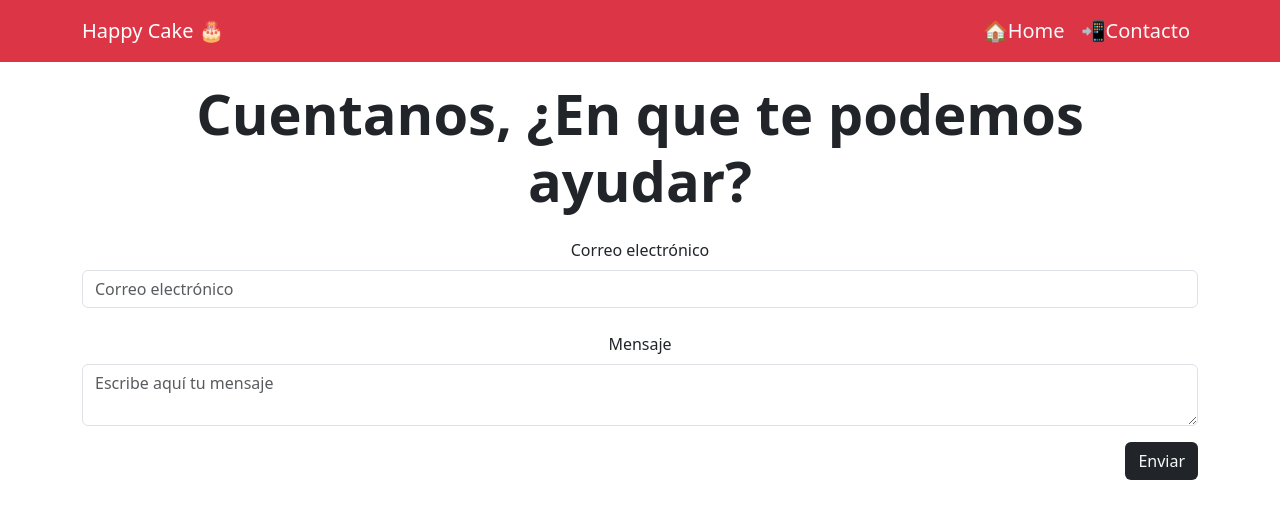
Repository: cvalenciapatagonia/Desafio-1-React-II
Page: /contacto
An editor plug-in stored every save of this project. The page is shown before and after the next save, followed by the edit.
The browser window is 1280 px wide. The pictures show the whole page.
The project was rebuilt for these pictures with package versions that can differ from the ones it lists, and the page was loaded fresh each time. Also part of the build but not shown: vite.config.js, src/views/Home.jsx.

Above is the page before, as saved 2023-09-22 13:30:55.

After the next save:
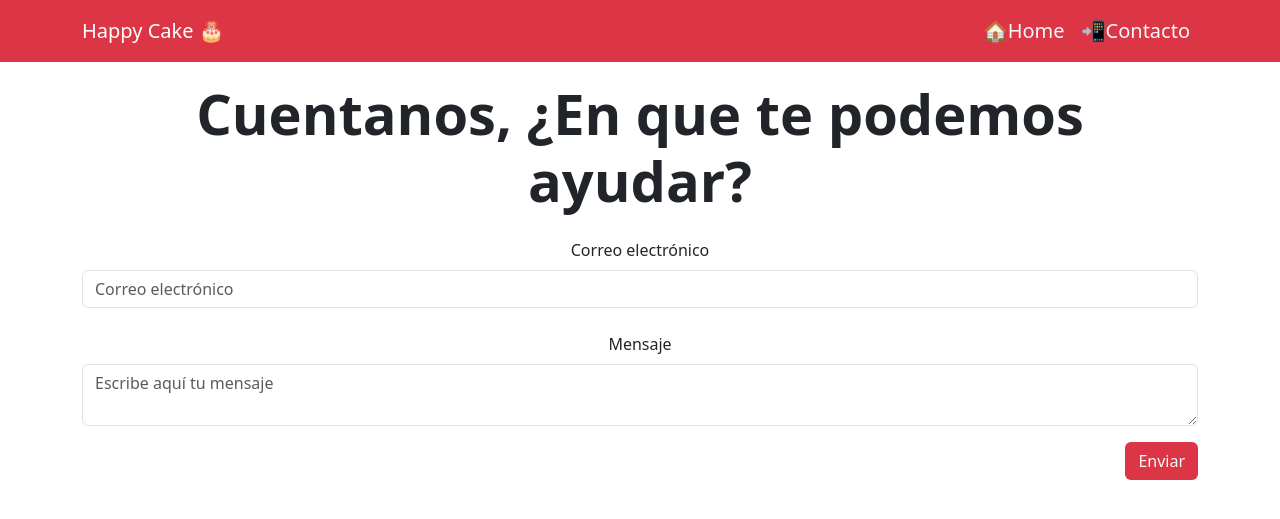
Saved 23 s later.
--- a/src/views/Contacto.jsx
+++ b/src/views/Contacto.jsx
@@ -26,7 +26,7 @@
               </div>
 
               <div className="my-3 text-end">
-                <button className="btn bg-dark text-light">Enviar</button>
+                <button className="btn bg-danger text-light">Enviar</button>
               </div>
             </form>
           </div>
